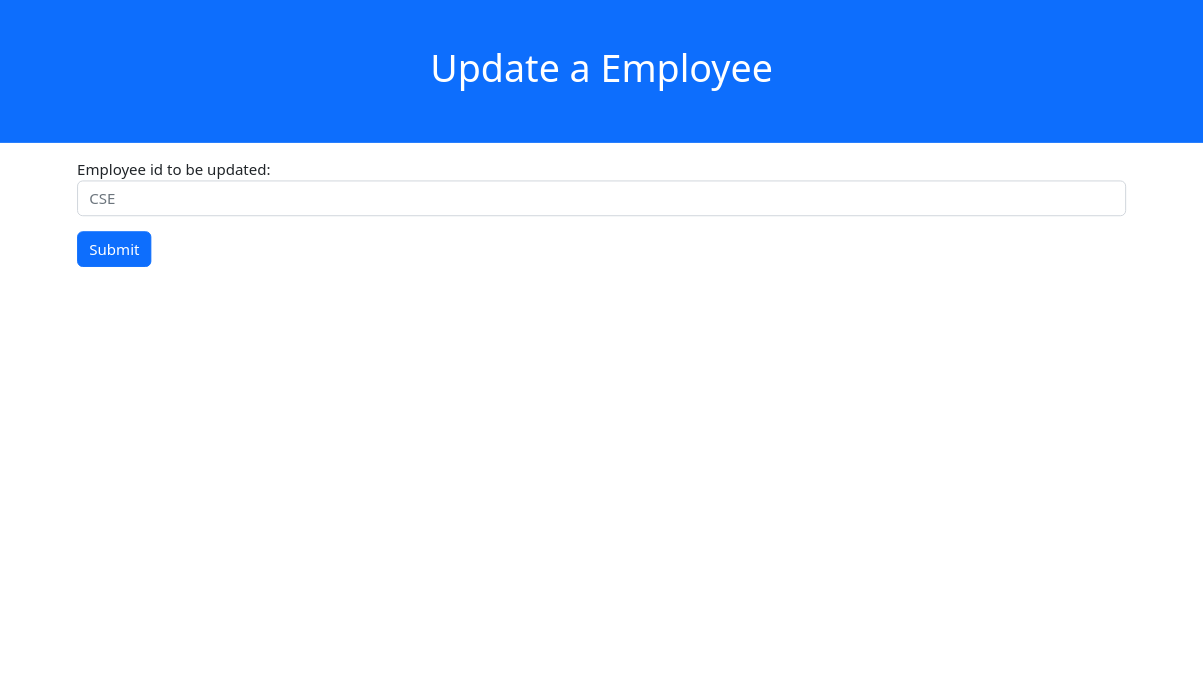
Repository: Rishicollinz/Java_Fullstack
Page: Eclipse 2/jspproject/src/main/webapp/update/update.html
These files come from the project's save history. The page is drawn as it stood at one moment and after the next save; the edit follows.
The browser window is 1280 px wide. The pictures show the whole page, at 94% of full size.

Above is the page before, as saved 2023-05-18 17:16:21.

After the next save:
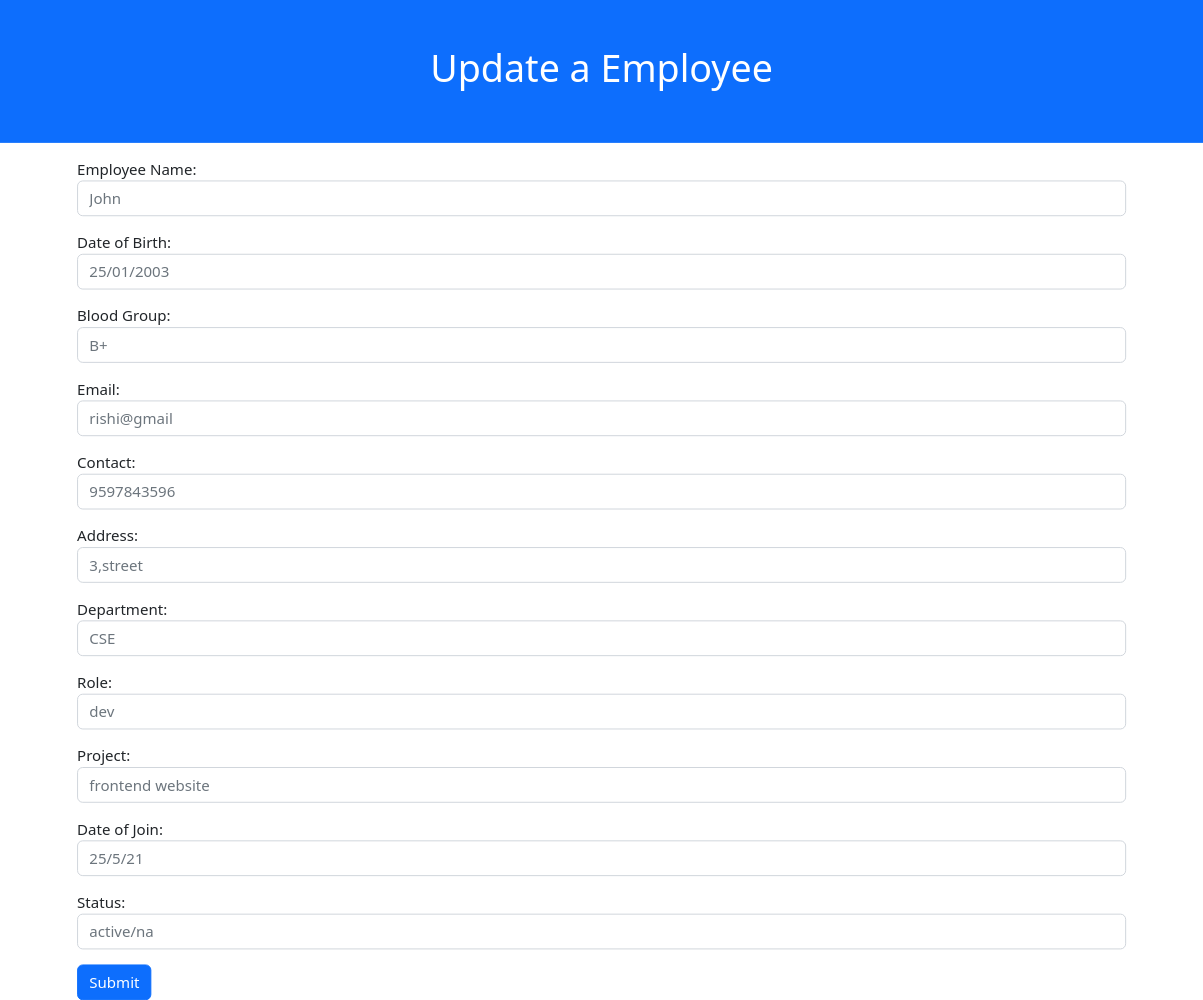
Saved 55 s later.
--- a/Eclipse 2/jspproject/src/main/webapp/update/update.html
+++ b/Eclipse 2/jspproject/src/main/webapp/update/update.html
@@ -2,7 +2,7 @@
 <html>
 <head>
 <meta charset="UTF-8">
-<title>Update a Employee</title>
+<title>Update Employees</title>
 
 <link href="https://cdn.jsdelivr.net/npm/bootstrap@5.2.3/dist/css/bootstrap.min.css" rel="stylesheet">
 <script src="https://cdn.jsdelivr.net/npm/bootstrap@5.2.3/dist/js/bootstrap.bundle.min.js"></script>
@@ -17,8 +17,48 @@
 <div class="container mt-3">
   <form action="update.jsp" method="post">
     <div class="mb-3 mt-3">
-      <label for="deptName">Employee id to be updated:</label>
+      <label for="empName">Employee Name:</label>
+      <input type="text" class="form-control"  placeholder="John" name="empName">
+    </div>
+    <div class="mb-3 mt-3">
+      <label for="dob">Date of Birth:</label>
+      <input type="text" class="form-control"  placeholder="25/01/2003" name="dob">
+    </div>
+    <div class="mb-3 mt-3">
+      <label for="bloodgrp">Blood Group:</label>
+      <input type="text" class="form-control"  placeholder="B+" name="bloodgrp">
+    </div>
+    <div class="mb-3 mt-3">
+      <label for="email">Email:</label>
+      <input type="text" class="form-control"  placeholder="rishi@gmail" name="email">
+    </div>
+    <div class="mb-3 mt-3">
+      <label for="contact">Contact:</label>
+      <input type="text" class="form-control"  placeholder="9597843596" name="contact">
+    </div>
+    <div class="mb-3 mt-3">
+      <label for="address">Address:</label>
+      <input type="text" class="form-control"  placeholder="3,street" name="address">
+    </div>
+    <div class="mb-3 mt-3">
+      <label for="deptName">Department:</label>
       <input type="text" class="form-control"  placeholder="CSE" name="deptName">
+    </div>
+    <div class="mb-3 mt-3">
+      <label for="role">Role:</label>
+      <input type="text" class="form-control"  placeholder="dev" name="role">
+    </div>
+    <div class="mb-3 mt-3">
+      <label for="proj">Project:</label>
+      <input type="text" class="form-control"  placeholder="frontend website" name="proj">
+    </div>
+    <div class="mb-3 mt-3">
+      <label for="doj">Date of Join:</label>
+      <input type="text" class="form-control"  placeholder="25/5/21" name="doj">
+    </div>
+    <div class="mb-3 mt-3">
+      <label for="status">Status:</label>
+      <input type="text" class="form-control"  placeholder="active/na" name="status">
     </div>
     <button type="submit" class="btn btn-primary">Submit</button>
   </form>
